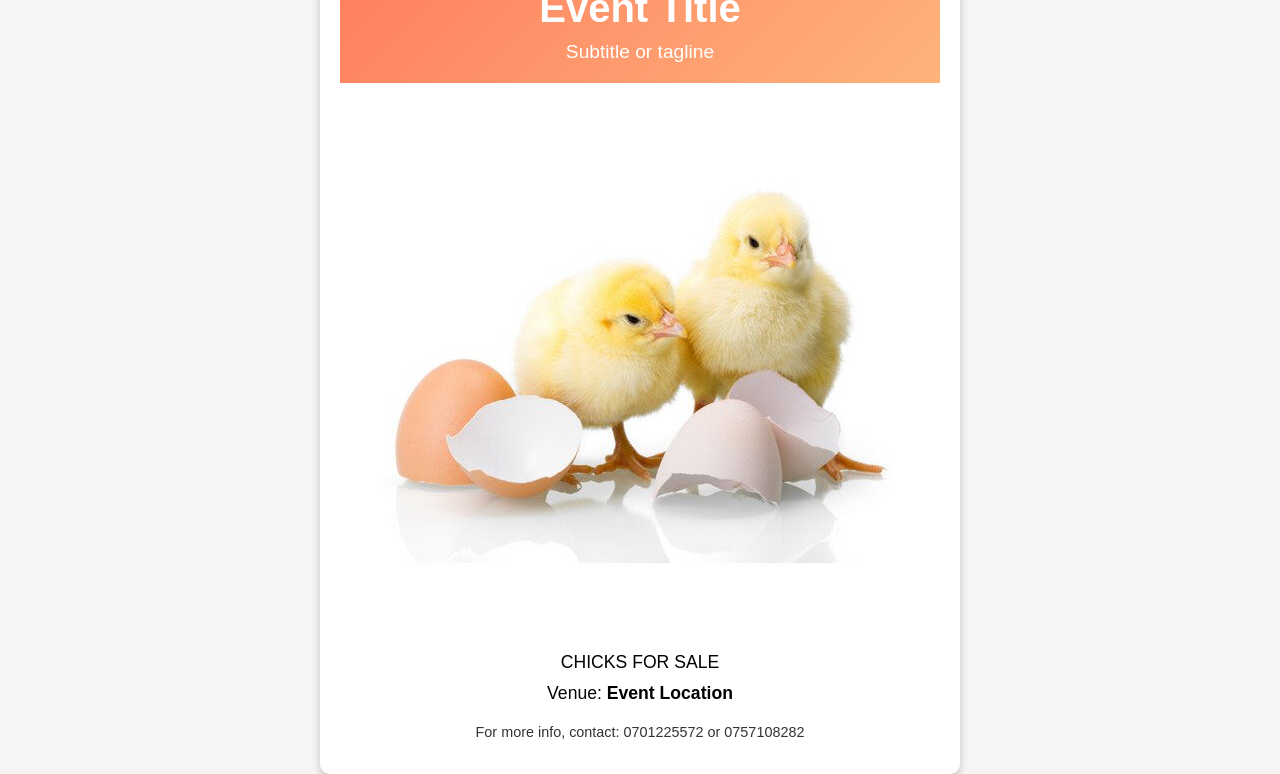
Repository: JOEL-GAYE/Animation-nav
Page: solution/poster/index.html
An editor plug-in stored every save of this project. The page is shown before and after the next save, followed by the edit.
The browser window is 1280 px wide. The pictures show the whole page.

Above is the page before, as saved 2024-11-16 16:46:12.

### solution/poster/index.html
<!DOCTYPE html>
<html lang="en">
<head>
  <meta charset="UTF-8">
  <meta name="viewport" content="width=device-width, initial-scale=1.0">
  <title>Poster</title>
  <link rel="stylesheet" href="index.css">
</head>
<body>
  <div class="poster">
    <header>
      <h1>Event Title</h1>
      <p class="subtitle">Subtitle or tagline</p>
    </header>
    <section class="main-content">
      <img src="./assests/ndogo.jpg" alt="Event Image">
      <p>CHICKS FOR SALE</p>
      <p>Venue: <strong>Event Location</strong></p>
    </section>
    <footer>
      <p>For more info, contact: 0701225572 or 0757108282 </p>
    </footer>
  </div>
</body>
</html>

### solution/poster/index.css
/* General Reset */
body {
    margin: 0;
    font-family: Arial, sans-serif;
    background: #f5f5f5;
    display: flex;
    justify-content: center;
    align-items: center;
    height: 100vh;
  }

  .poster {
    background: #ffffff;
    width: 80%;
    max-width: 600px;
    border-radius: 10px;
    box-shadow: 0 4px 8px rgba(0, 0, 0, 0.2);
    padding: 20px;
    text-align: center;
  }

  /* Header */
  header {
    background: linear-gradient(135deg, #ff7e5f, #feb47b);
    color: #ffffff;
    padding: 20px;
    border-radius: 10px 10px 0 0;
  }

  header h1 {
    margin: 0;
    font-size: 2.5em;
  }

  header .subtitle {
    margin: 10px 0 0;
    font-size: 1.2em;
  }

  /* Main Content */
  .main-content {
    margin: 20px 0;
  }

  .main-content img {
    max-width: 100%;
    border-radius: 10px;
    margin-bottom: 20px;
  }

  .main-content p {
    margin: 10px 0;
    font-size: 1.1em;
  }

  /* Footer */
  footer {
    margin-top: 20px;
    font-size: 0.9em;
    color: #333;
  }

  footer a {
    color: #ff7e5f;
    text-decoration: none;
  }

  footer a:hover {
    text-decoration: underline;
  }

After the next save:
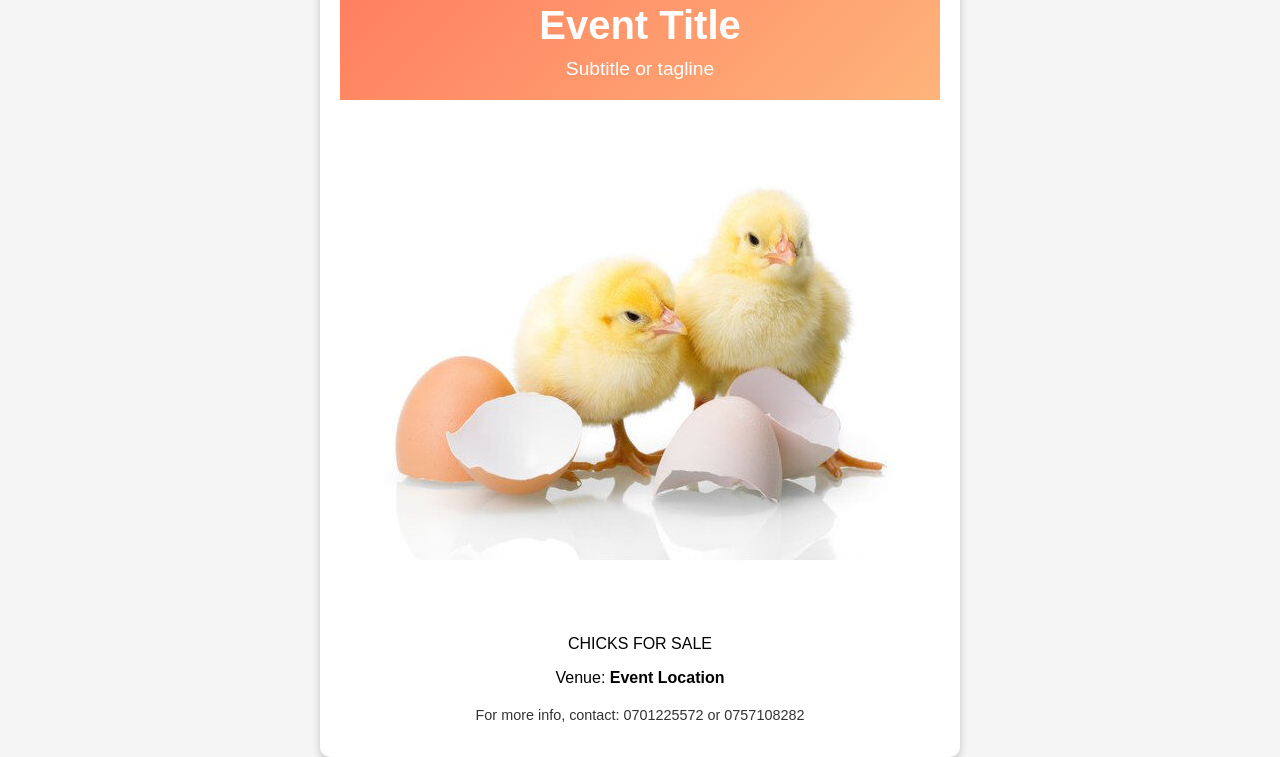
Saved 33 s later.
--- a/solution/poster/index.html
+++ b/solution/poster/index.html
@@ -12,11 +12,11 @@
       <h1>Event Title</h1>
       <p class="subtitle">Subtitle or tagline</p>
     </header>
-    <section class="main-content">
+    <!-- <section class="main-content"> -->
       <img src="./assests/ndogo.jpg" alt="Event Image">
       <p>CHICKS FOR SALE</p>
       <p>Venue: <strong>Event Location</strong></p>
-    </section>
+    <!-- </section> -->
     <footer>
       <p>For more info, contact: 0701225572 or 0757108282 </p>
     </footer>

After the save that followed:
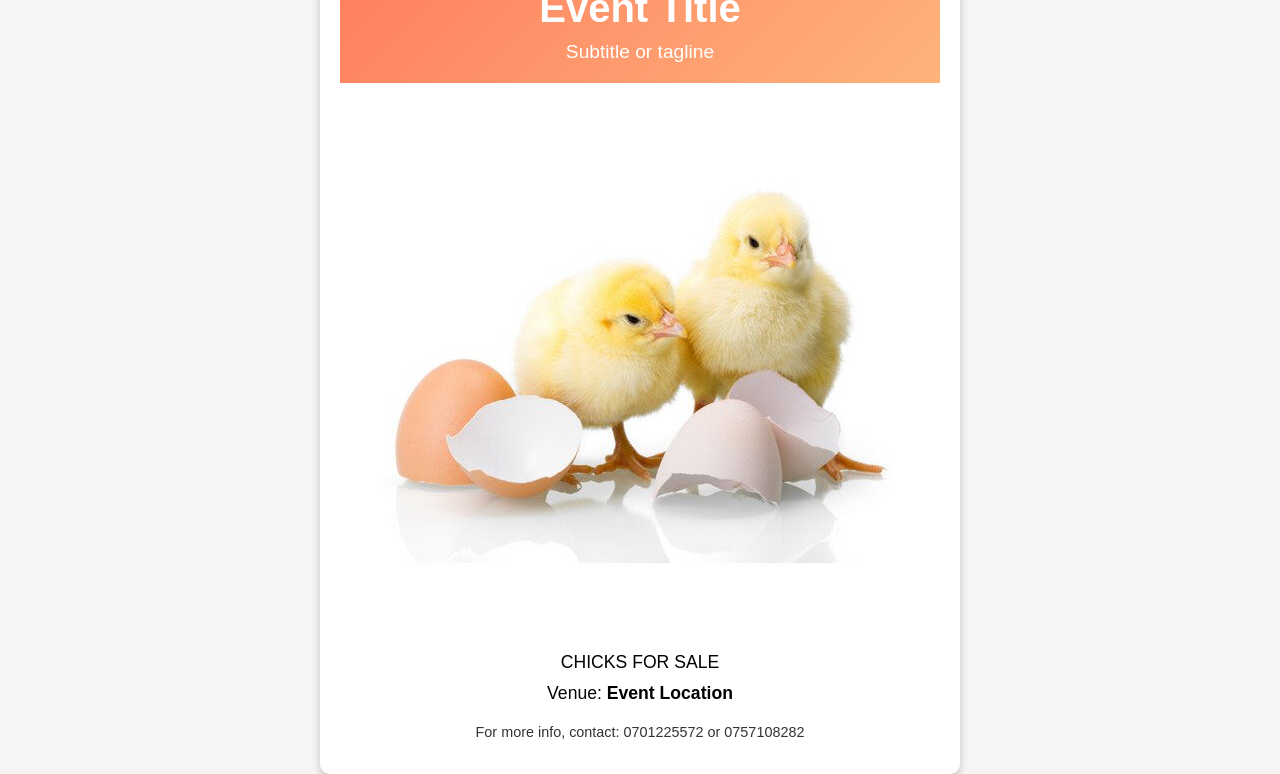
Saved 24 s later.
--- a/solution/poster/index.html
+++ b/solution/poster/index.html
@@ -12,11 +12,12 @@
       <h1>Event Title</h1>
       <p class="subtitle">Subtitle or tagline</p>
     </header>
-    <!-- <section class="main-content"> -->
+    <section class="main-content">
       <img src="./assests/ndogo.jpg" alt="Event Image">
       <p>CHICKS FOR SALE</p>
+
       <p>Venue: <strong>Event Location</strong></p>
-    <!-- </section> -->
+    </section>
     <footer>
       <p>For more info, contact: 0701225572 or 0757108282 </p>
     </footer>
